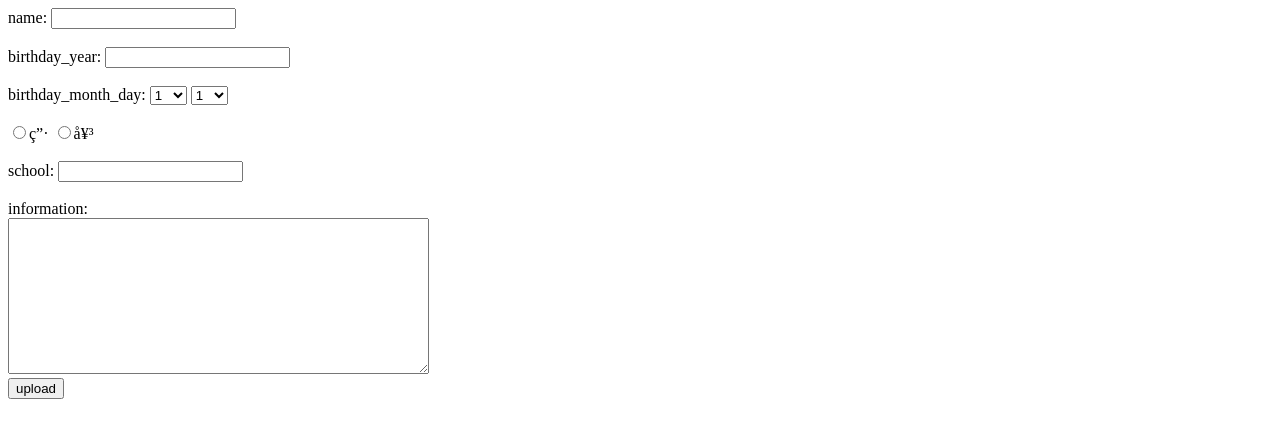
Repository: Brief-drizzle/Java-Web
Page: sy1/WebRoot/resume.html
An editor plug-in stored every save of this project. The page is shown before and after the next save, followed by the edit.
The browser window is 1280 px wide. The pictures show the whole page.

Above is the page before, as saved 2020-10-20 12:14:31.

### sy1/WebRoot/resume.html
<!DOCTYPE html>
<html>
  <head>
    <title>resume.html</title>

    <meta name="keywords" content="keyword1,keyword2,keyword3">
    <meta name="description" content="this is my page">
    <meta name="content-type" content="text/html; charset=UTF-8">

    <!--<link rel="stylesheet" type="text/css" href="./styles.css">-->

  </head>

  <body>
    <form action="demo_form.php" method="get">
  name: <input type="text" name="name"><br><br>
  birthday_year:    <input type="text" name="year"><br><br>
  birthday_month_day:
  <select name="month">
    <option value="1">1</option>
    <option value="2">2</option>
    <option value="3">3</option>
    <option value="4">4</option>
    <option value="5">5</option>
    <option value="6">6</option>
    <option value="7">7</option>
    <option value="8">8</option>
    <option value="9">9</option>
    <option value="10">10</option>
    <option value="11">11</option>
    <option value="12">12</option>
  </select>
  <select  name="day">
    <option value="1">1</option>
    <option value="2">2</option>
    <option value="3">3</option>
    <option value="4">4</option>
    <option value="5">5</option>
    <option value="6">6</option>
    <option value="7">7</option>
    <option value="8">8</option>
    <option value="9">9</option>
    <option value="10">10</option>
    <option value="11">11</option>
    <option value="12">12</option>
    <option value="13">13</option>
    <option value="14">14</option>
    <option value="15">15</option>
    <option value="16">16</option>
    <option value="17">17</option>
    <option value="18">18</option>
    <option value="19">19</option>
    <option value="20">20</option>
    <option value="21">21</option>
    <option value="22">22</option>
    <option value="23">23</option>
    <option value="24">24</option>
    <option value="25">25</option>
    <option value="26">26</option>
    <option value="27">27</option>
    <option value="28">28</option>
    <option value="29">29</option>
    <option value="30">30</option>
    <option value="31">31</option>
  </select><br><br>

  <input type="radio" name="sex"/>男
  <input type="radio" name="sex"/>女<br><br>
  school:     <input type="text" name="school"><br><br>
  information:<br>
  <textarea cols="50" rows="10">
  </textarea><br/>
  <input type="submit" value="upload">
</form>
  </body>
</html>

After the next save:
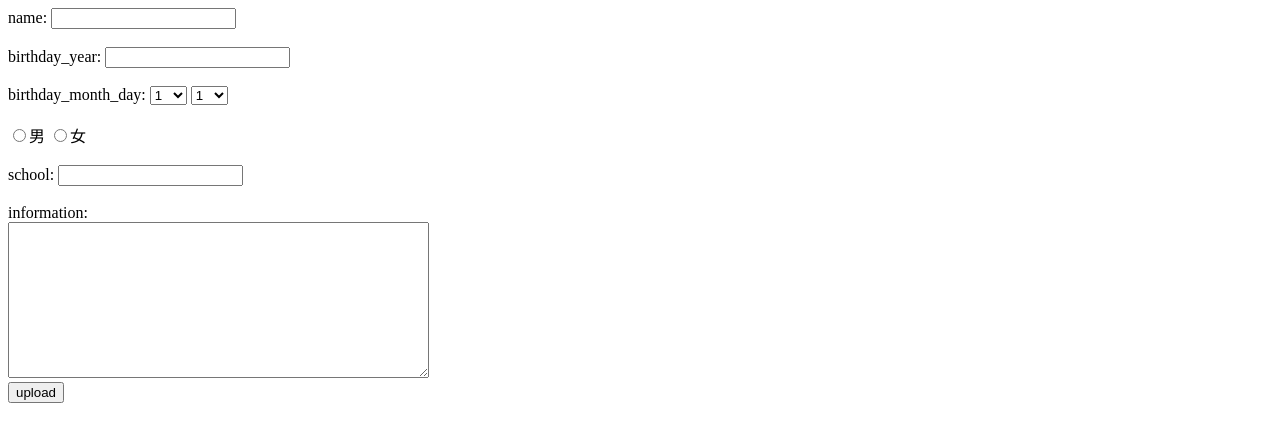
Saved 4 min 19 s later.
--- a/sy1/WebRoot/resume.html
+++ b/sy1/WebRoot/resume.html
@@ -6,6 +6,7 @@
     <meta name="keywords" content="keyword1,keyword2,keyword3">
     <meta name="description" content="this is my page">
     <meta name="content-type" content="text/html; charset=UTF-8">
+    <meta http-equiv="Content-Type" content="text/html; charset=utf-8">
 
     <!--<link rel="stylesheet" type="text/css" href="./styles.css">-->
 
